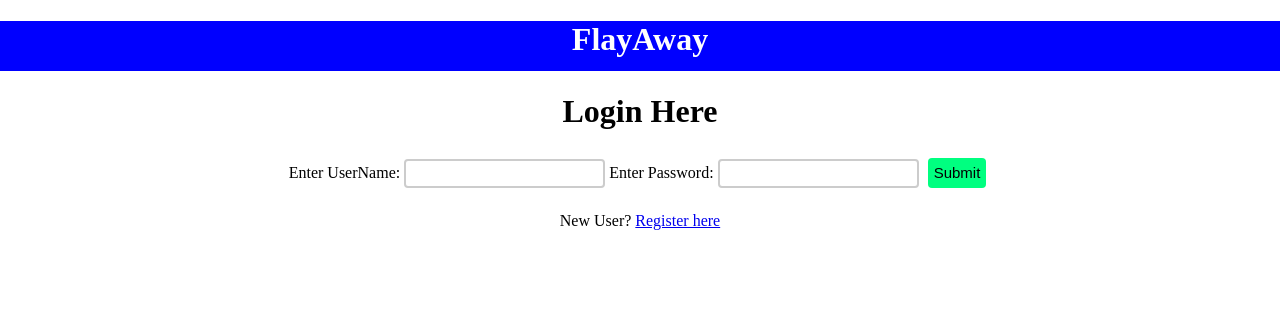
Repository: KartikMuchakandimath/Flyaway
Page: http://localhost/FlayAway/Login.jsp
These files come from the project's save history. The page is drawn as it stood at one moment and after the next save; the edit follows.
The browser window is 1280 px wide. The pictures show the whole page.
The page is served by Tomcat 9.

Above is the page before, as saved 2022-04-22 19:53:22.

After the next save:
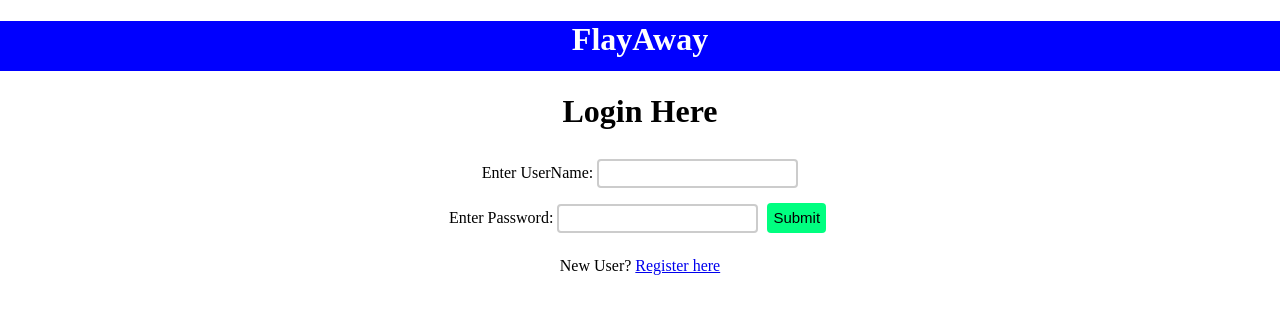
Saved 35 s later.
--- a/FlayAway/src/main/webapp/Login.jsp
+++ b/FlayAway/src/main/webapp/Login.jsp
@@ -61,7 +61,7 @@ button{
 
 </div>
 <form action="LoginServlet" method="post">
-Enter UserName: <input type=" email"  name="email" required="required">
+Enter UserName: <input type=" email"  name="email" required="required"><br>
 Enter Password: <input type=" password"  name="password" required="required">
 <button type="submit">Submit</button>
 <p>
